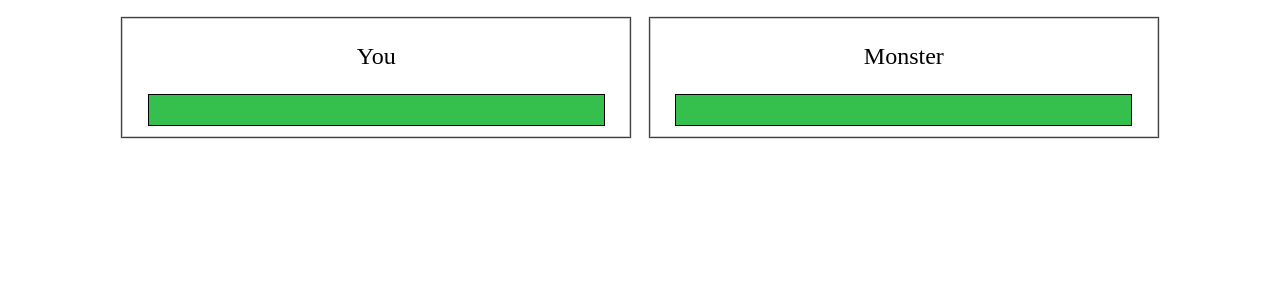
Repository: jakublack/game-fight-vue
Page: /
The author's editor kept a copy of each file at every save. The page is drawn from the files as they stood at one save, then again after the next save.
The browser window is 1280 px wide. The pictures show the whole page.
The project was rebuilt for these pictures with package versions that can differ from the ones it lists, and the page was loaded fresh each time.

Above is the page before, as saved 2018-08-08 20:47:38.

After the next save:
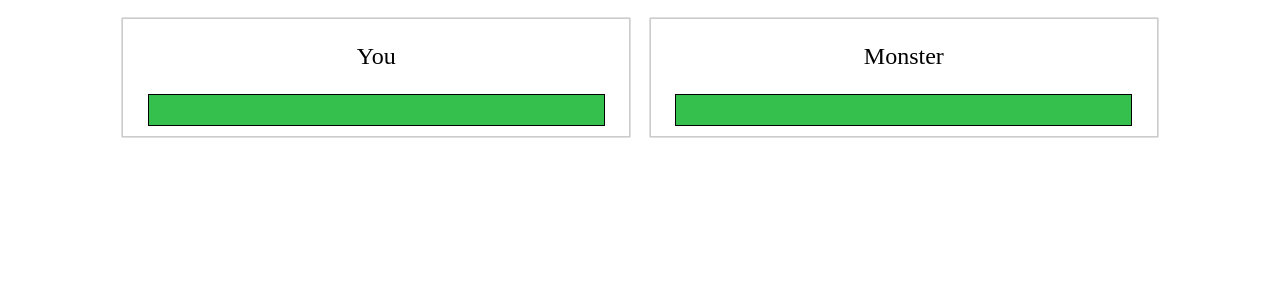
Saved 4 s later.
--- a/src/components/Game.vue
+++ b/src/components/Game.vue
@@ -36,7 +36,7 @@ export default {
   margin: 10px;
   text-align: center;
   border: 1px solid #ccc;
-  box-shadow: 0px 0px 1px 1px rgba(0,0,0,0.75);
+  box-shadow: 0px 0px 1px 0px rgba(0,0,0,0.75);
 }
 
 .person--player p {
